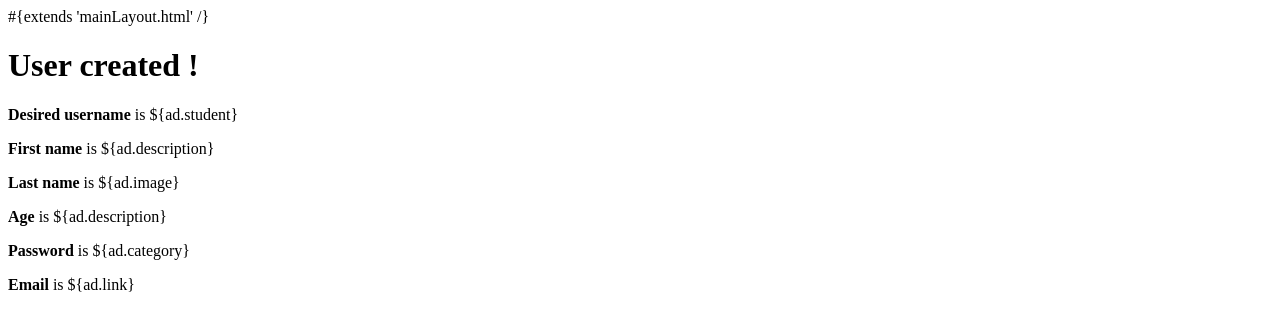
Repository: Maalejm/SEBA
Page: SlifeWebSite/app/views/Ads/createAd.html
These files come from the project's save history. The page is drawn as it stood at one moment and after the next save; the edit follows.
The browser window is 1280 px wide. The pictures show the whole page.

Above is the page before, as saved 2013-06-18 07:31:59.

After the next save:
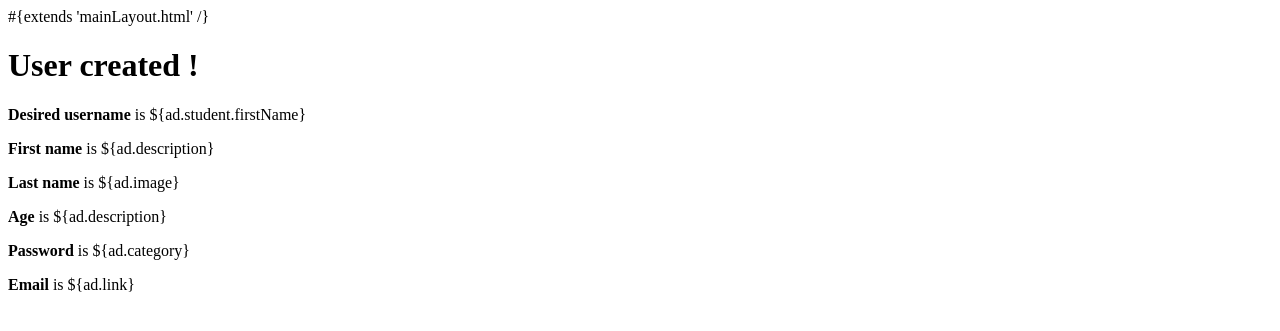
Saved 27 s later.
--- a/SlifeWebSite/app/views/Ads/createAd.html
+++ b/SlifeWebSite/app/views/Ads/createAd.html
@@ -3,7 +3,7 @@
 <h1>User created !</h1>
 
 <p>
-	<strong>Desired username</strong> is ${ad.student}
+	<strong>Desired username</strong> is ${ad.student.firstName}
 </p>
 <p>
 	<strong>First name</strong> is ${ad.description}
